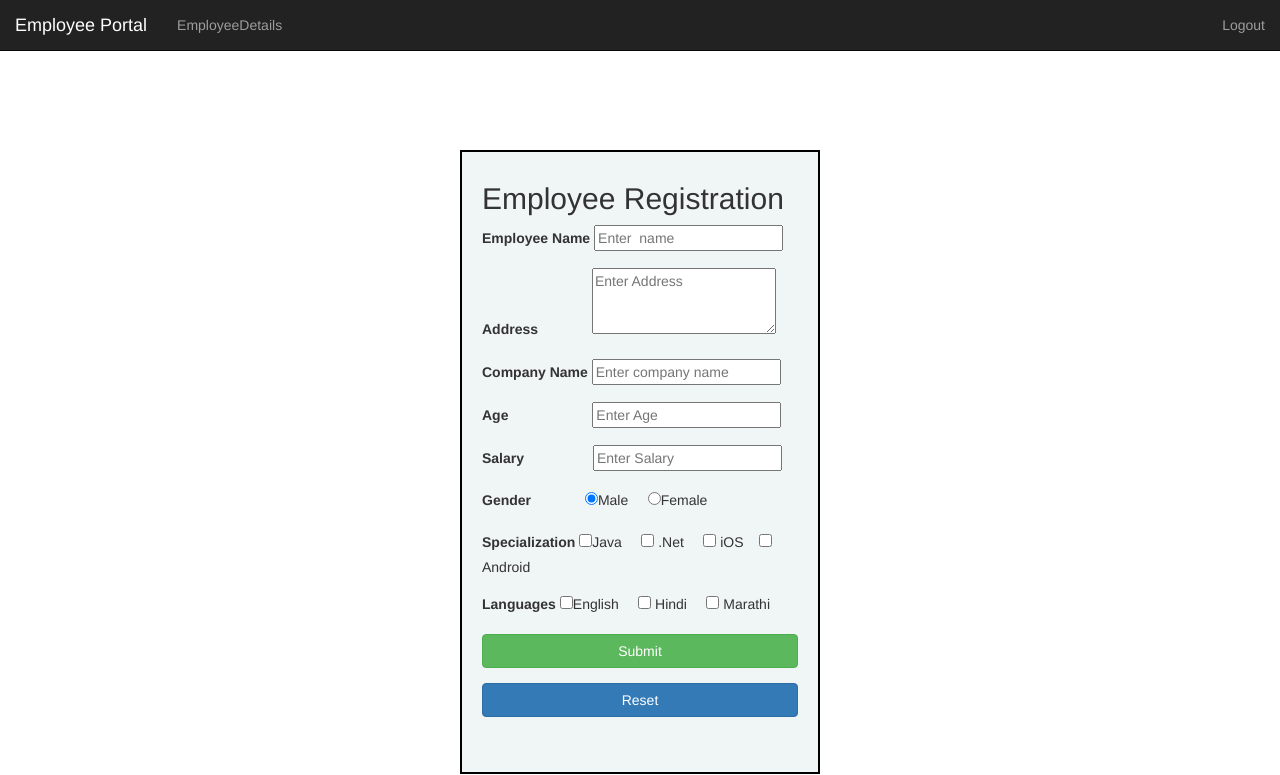
Repository: jagdishpatil18/JavaAdv
Page: http://localhost/EmployeePortal/Employee
These files come from the project's save history. The page is drawn as it stood at one moment and after the next save; the edit follows.
The browser window is 1280 px wide. The pictures show the whole page.
Some web libraries are served in a nearby version. The page is served by Tomcat 9. The session is filled in as if someone had signed in: {"accesscount": 1, "userid": 1}. Other server files are loaded and not shown.

Above is the page before, as saved 2017-05-26 13:17:17.

### EmployeePortal/EmployeePortal/WebContent/newempreg.jsp
<%@ page language="java" contentType="text/html; charset=UTF-8"
    pageEncoding="UTF-8"%>
<!DOCTYPE html PUBLIC "-//W3C//DTD HTML 4.01 Transitional//EN" "http://www.w3.org/TR/html4/loose.dtd">

 <%@ include file = "header.jsp" %>
<%--  <% if(session.getAttribute("userid")!=null) { %>
<li class="hlid"><a href="EmployeeDetails" style="padding-left: 30px">EmployeeDetails</a><br></li>
<%} %>
</ul>
</div>  --%>

<html>
<head>
<meta http-equiv="Content-Type" content="text/html; charset=UTF-8">
 <meta name="viewport" content="width=device-width, initial-scale=1">

<title>EmployeePortal</title>
<link rel="stylesheet" href="https://maxcdn.bootstrapcdn.com/bootstrap/3.3.7/css/bootstrap.min.css">

<!-- jQuery library -->
<script src="https://ajax.googleapis.com/ajax/libs/jquery/3.2.1/jquery.min.js"></script>

<!-- Latest compiled JavaScript -->
<script src="https://maxcdn.bootstrapcdn.com/bootstrap/3.3.7/js/bootstrap.min.js"></script>


<script type="text/javascript">


function validateemp()
{

	var fullname=document.getElementById('ename').value;
	var name = /^[a-zA-Z  ]+$/;

 	if(fullname.length==null ||!name.test(fullname))
 	{
 		alert("Enter Name which contains only alphabets ");
 		return false;

 	}
 	if($('#eadd').val()==null || $('#eadd').val()=="")
  	{
		 alert("Please Enter Address");
		 return false;
     }

 	if($('#cname').val()==null || $('#cname').val()=="")
  	{
		 alert("Please Enter Company name");
		 return false;
     }

 	var eage=document.getElementById('num').value;

 	if($('#num').val()>100 || $('#num').val()<1)
 	{
 		alert("Enter valid age");
 		return false;

 	}
 	var esall=document.getElementById('num1').value;
 	if($('#num1').val()>1000 || $('#num1').val()<0)
 	{
 		alert("Enter valid salary (0-1000)");
 		return false;

 	}

 	var spec=document.empregstn.specialization;
 	for(var i=0;i<spec.length;i++)
 	{
 		if(spec[i].checked)
 			break;
 		else
 		alert("Please select Specialization");
 		return false;
 	}

 	var laung=document.empregstn.language;
 	for(var i=0;i<laung.length;i++)
 	{
 		if(laung[i].checked)
 			break;
 		else
 		alert("Please select Language");
 		return false;
 	}

}

</script>
<style type="text/css">

.container{
margin-top: 150px;

}
/* #empre{
border: 2px solid black;
} */
.empreg{
border: 2px solid black;
background-color: #f0f5f5;
padding-bottom: 40px;
padding-top: 10px;
padding-left: 20px;
padding-right: 20px;
}


</style>
</head>
<!-- ................................................
<body>
<%-- <nav class="navbar navbar-inverse navbar-fixed-top">
	<div class="container-fluid">
		<div class="navbar-header">
			<a class="navbar-brand" >Employee Portal</a>
		</div>
	<!-- 	<div class="collapse navbar-collapse"> -->
		<ul class="nav navbar-nav">
			<%if(session.getAttribute("userid")!=null) {%>
			<li><a href="EmployeeDetails">EmployeeDetails</a></li>
			<%} %>



		</ul>

		<ul class="nav navbar-nav navbar-right">


			<%if(session.getAttribute("userid")!=null){%>
			<li ><form action="Logout" method="post"  class="logout">
            <input id="hlogout" type="submit" value="Logout" class="btn btn-primary">
            <% }%>
		</ul>
	<!-- 	</div> -->
	</div>
	</nav> --%>


<div class="container" 	>
<div class="row">
<div class="col-lg-4 col-md-3 col-sm-2"></div>

<div class="col-lg-4 col-md-6 col-sm-8">
<form action="EmployeeForm"method="post" onsubmit="return validateemp()" class="empreg">
		<h2> Employee Registration</h2>

			<table >
			  <tr>
			   <td><b>Employee Name </b></td>
			   <td><input type="text" id="ename" placeholder="Enter  name" name="name" required></td>
			  </tr>
			<tr>
			<td><b>Address </b></td>
			<td> <textarea  rows="3" id="eadd"  placeholder="Enter Address" name="address" required  ></textarea>
			</td></tr>
			<tr>
			<td><b>Company Name </b></td>
			<td> <input type="text" id="cname" placeholder="Enter company name" name="company" required ></td>
			</tr>
			<tr>
				<td><b>Age</b></td>
				<td><input type="number" id="num"placeholder="Enter Age" name="age" required></td>
			</tr>
			<tr>
				<td><b>Salary</b><br>(in lacs per annum)</td>
				<td><input type="number" id="num1"placeholder="Enter Salary" name="salary" required></td>
			</tr>
			<tr>
			<td><b>Gender</b></td>
			<td><input type="radio" name="gender" value="male"  checked>Male &nbsp &nbsp
				<input type="radio" name="gender" value="female">Female
			</td>
			</tr>
			<tr >
			<td><b>Specialization </b></td>
			<td ><input type="checkbox" id="spe" value="java" name="specialization">Java &nbsp &nbsp
			<input type="checkbox" id="spe"  value=".net" name="specialization"> .Net &nbsp &nbsp
			<input type="checkbox" id="spe"  value="ios" name="specialization"> iOS&nbsp &nbsp
			<input type="checkbox" id="spe"  value="android" name="specialization"> Android &nbsp &nbsp
			</td>
			</tr>

			<tr>
			<td><b>Languages Known</b></td>
			<td><input type="checkbox" name="language" value="English" >English &nbsp &nbsp
			<input type="checkbox" name="language" value="Hindi"> Hindi &nbsp &nbsp
			<input type="checkbox" name="language" value="Marathi"> Marathi &nbsp &nbsp
			</td>
			</tr>
			<tr><td><td><input type="submit" value="Submit"  class="btn btn-success btn-lg" >

				<input type="Reset"  value="Reset"  class="btn btn-primary btn-lg"></td></td>
			</tr>
		</table>


	</form>
</div>

<div class="col-lg-4 col-md-3 col-sm-2"></div>

</div>
</div>
</body>
</html>

........................
 -->

<body>
<div class="container">
<div class="row">
<div class="col-lg-4 col-md-3">
</div>
<div class="col-lg-4 col-md-6 col-sm-12" id="empre">

  <form action="EmployeeForm"method="post" onsubmit="return validateemp()" class="empreg">

  <h2> Employee Registration</h2>
    <div class="form-group">
      <label  >Employee Name</label>
      <input type="text" id="ename" placeholder="Enter  name" name="name" required>
    </div>

    <div class="form-group">
      <label id="addid" >Address</label>
       <textarea  rows="3" id="eadd"  placeholder="Enter Address" name="address" required   style="margin-left:50px"></textarea>
    </div>

    <div class="form-group">
      <label  >Company Name</label>
     <input type="text" id="cname" placeholder="Enter company name" name="company" required >
    </div>
     <div class="form-group">
      <label >Age</label>
      <input type="number" id="num"placeholder="Enter Age" name="age" required style="margin-left:80px">
    </div>
    <div class="form-group">
      <label >Salary</label>
      <input type="number" id="num1"placeholder="Enter Salary" name="salary" required style="margin-left:65px">
    </div>
    <div class="form-group">
      <label >Gender</label>
      <input type="radio" name="gender" value="male"  checked style="margin-left:50px">Male &nbsp &nbsp
				<input type="radio" name="gender" value="female">Female
    </div>

    <div class="form-group">
      <label >Specialization</label>
     <input type="checkbox" id="spe" value="java" name="specialization">Java &nbsp &nbsp
			<input type="checkbox" id="spe"  value=".net" name="specialization"> .Net &nbsp &nbsp
			<input type="checkbox" id="spe"  value="ios" name="specialization"> iOS&nbsp &nbsp
			<input type="checkbox" id="spe"  value="android" name="specialization"> Android &nbsp &nbsp
    </div>
    <div class="form-group">
      <label >Languages</label>
      <input type="checkbox" name="language" value="English" >English &nbsp &nbsp
			<input type="checkbox" name="language" value="Hindi"> Hindi &nbsp &nbsp
			<input type="checkbox" name="language" value="Marathi"> Marathi &nbsp &nbsp
    </div>







   <div class="form-group">
    <input type="submit" value="Submit"  class="btn btn-success btn-block" >

	</div>
	<div class="form-group">
	<input type="Reset"  value="Reset"  class="btn btn-primary btn-block">
    </div>
  </form>
</div>
</div>
<div class="col-lg-4 col-md-3 col-sm-2">
</div>
</div>
</body>
</html>

### EmployeePortal/EmployeePortal/WebContent/header.jsp
<%@ page language="java" contentType="text/html; charset=UTF-8"
    pageEncoding="UTF-8"%>
<!DOCTYPE html PUBLIC "-//W3C//DTD HTML 4.01 Transitional//EN" "http://www.w3.org/TR/html4/loose.dtd">
<html>
<head>
<meta http-equiv="Content-Type" content="text/html; charset=UTF-8">
 <meta name="viewport" content="width=device-width, initial-scale=1">

<title>EmployeePortal</title>
<link rel="stylesheet" href="https://maxcdn.bootstrapcdn.com/bootstrap/3.3.7/css/bootstrap.min.css">

<!-- jQuery library -->
<script src="https://ajax.googleapis.com/ajax/libs/jquery/3.2.1/jquery.min.js"></script>

<!-- Latest compiled JavaScript -->
<script src="https://maxcdn.bootstrapcdn.com/bootstrap/3.3.7/js/bootstrap.min.js"></script>


</head>
<body>
	<nav class="navbar navbar-inverse navbar-fixed-top">
	<div class="container-fluid">
		<div class="navbar-header">
			<a class="navbar-brand" >Employee Portal</a>
		</div>
	<!-- 	<div class="collapse navbar-collapse"> -->
		<ul class="nav navbar-nav">
			<%if(session.getAttribute("userid")!=null) {%>
			<li><a href="EmployeeDetails">EmployeeDetails</a></li>
			<%} %>



		</ul>

		<ul class="nav navbar-nav navbar-right">
			<%-- <%if(session.getAttribute("userid")==null){ %>
			<li><a href="signup"><span class="glyphicon glyphicon-user"></span>Sign Up</a></li>

			<%} %>
			<%if(session.getAttribute("userid")==null){ %>
			<li><a href="login"><span class="glyphicon glyphicon-log-in"></span>Login</a></li>
			<%} %> --%>

			<%if(session.getAttribute("userid")!=null){%>
<!-- 			<li class="hli" style="float: right "><form action="Logout" method="post"  class="logout">
<input id="hlogout" type="submit" value="Logout" class="btn btn-primary">  -->
			<li><a href="Logout">Logout</a></li>
			<% }%>
		</ul>
	<!-- 	</div> -->
	</div>
	</nav>
</body>

### EmployeePortal/EmployeePortal/src/com/bridgelab/employeeportal/Employee.java
package com.bridgelab.employeeportal;

import java.io.IOException;
import java.io.PrintWriter;

import javax.servlet.ServletException;
import javax.servlet.annotation.WebServlet;
import javax.servlet.http.HttpServlet;
import javax.servlet.http.HttpServletRequest;
import javax.servlet.http.HttpServletResponse;


@WebServlet("/Employee")
public class Employee extends HttpServlet {
	private static final long serialVersionUID = 1L;



	protected void doGet(HttpServletRequest request, HttpServletResponse response) throws ServletException, IOException
	{
		response.setContentType("text/html");
		PrintWriter printWriter=response.getWriter();
		request.getRequestDispatcher("newempreg.jsp").forward(request, response);
	}


}

After the next save:
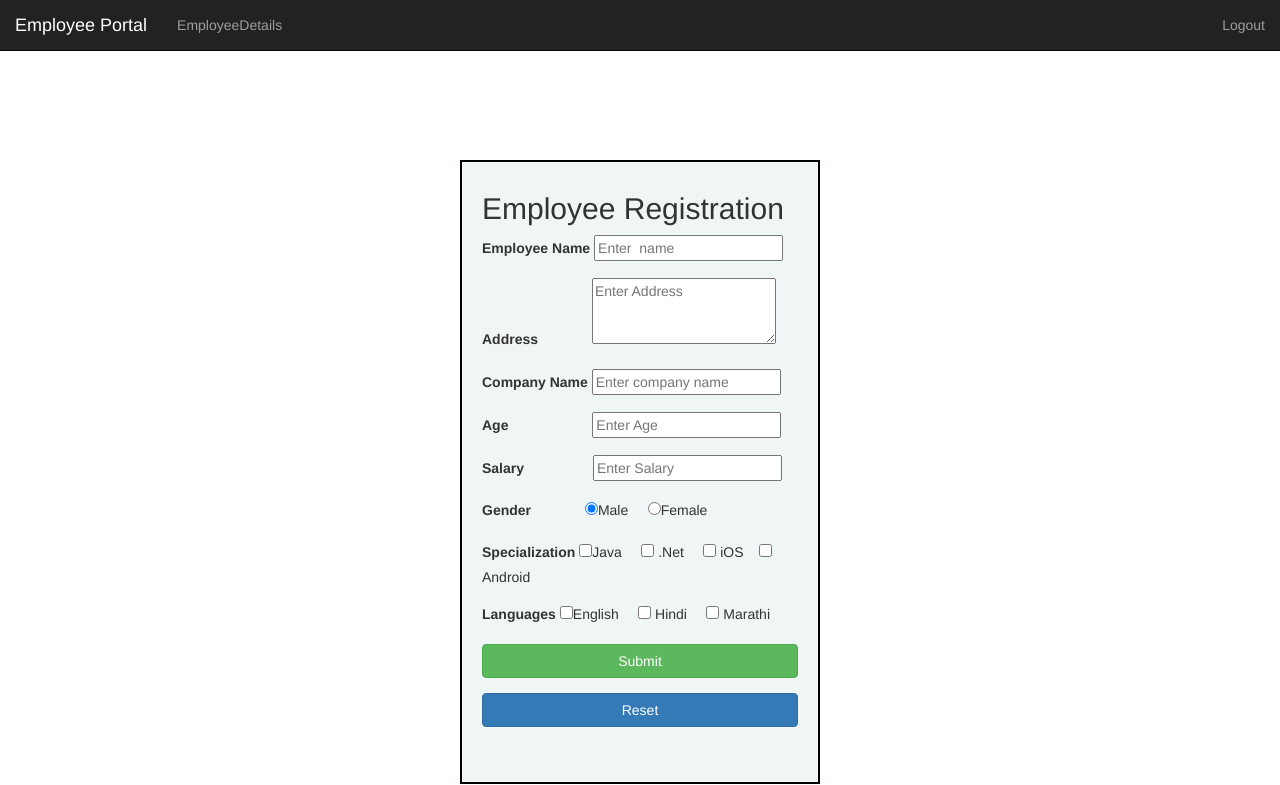
Saved 104 s later.
--- a/EmployeePortal/EmployeePortal/WebContent/newempreg.jsp
+++ b/EmployeePortal/EmployeePortal/WebContent/newempreg.jsp
@@ -93,7 +93,7 @@ function validateemp()
 <style type="text/css">
 
 .container{
-margin-top: 150px;
+margin-top: 160px;
 
 }
 /* #empre{
